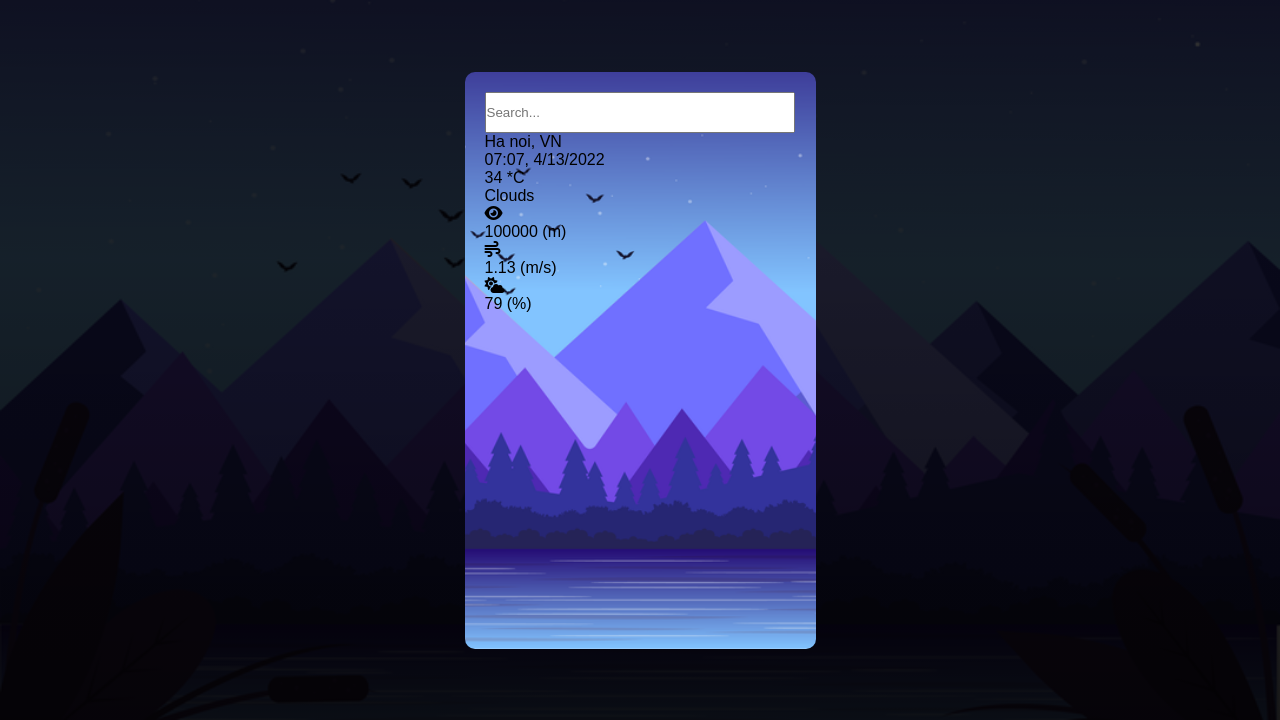
Repository: nganha241/weather-app
Page: index.html
The author's editor kept a copy of each file at every save. The page is drawn from the files as they stood at one save, then again after the next save.
The browser window is 1280 px wide. The pictures show the whole page.
Some web libraries are served in a nearby version.

Above is the page before, as saved 2022-04-13 08:54:52.

### index.html
<!DOCTYPE html>
<html lang="en">
  <head>
    <meta charset="UTF-8" />
    <meta http-equiv="X-UA-Compatible" content="IE=edge" />
    <meta name="viewport" content="width=device-width, initial-scale=1.0" />
    <title>Document</title>
    <link rel="stylesheet" href="./style.css" />
  </head>
  <body>
    <div id="weather">
      <div class="header">
        <input type="text" placeholder="Search..." />
      </div>
      <div class="content">
        <div class="city">Ha noi, <span class="country">VN</span></div>
        <div class="time">07:07, <span class="date">4/13/2022</span></div>

        <div class="deg">34 *C</div>
        <div class="status">Clouds</div>
      </div>
      <div class="footer">
        <div class="detail">
          <div class="distance">
            <div><i class="fa-solid fa-eye"></i></div>
            <div>100000 <span>(m)</span></div>
          </div>
          <div class="speed">
            <div><i class="fa-solid fa-wind"></i></div>
            <div>1.13 <span>(m/s)</span></div>
          </div>
          <div class="humidity">
            <div><i class="fa-solid fa-cloud-sun"></i></div>
            <div>79 <span>(%)</span></div>
          </div>
        </div>
      </div>
    </div>
    <script
      src="https://kit.fontawesome.com/ae971d7ee0.js"
      crossorigin="anonymous"
    ></script>
    <script src="./main.js"></script>
  </body>
</html>

### style.css
* {
    padding: 0;
    margin: 0;
    box-sizing: border-box;
}

body {
    font-family: sans-serif;
    height: 100vh;
    display: flex;
    justify-content: center;
    align-items: center;
    background: linear-gradient(to top, rgba(0, 0, 0, 0.9), rgba(0, 0, 0, 0.8)), url(./img1.png) no-repeat center/cover;
}

#weather {
    padding: 20px;
    width: 351px;
    height: 577px;
    border: none;
    border-radius: 10px;
    background: url(./img1.png) no-repeat center/cover;
}

.header input{
    width: 310px;
    height: 41px;
}

Loaded but not shown: main.js (no copy from this time; the picture is the same without it)

After the next save:
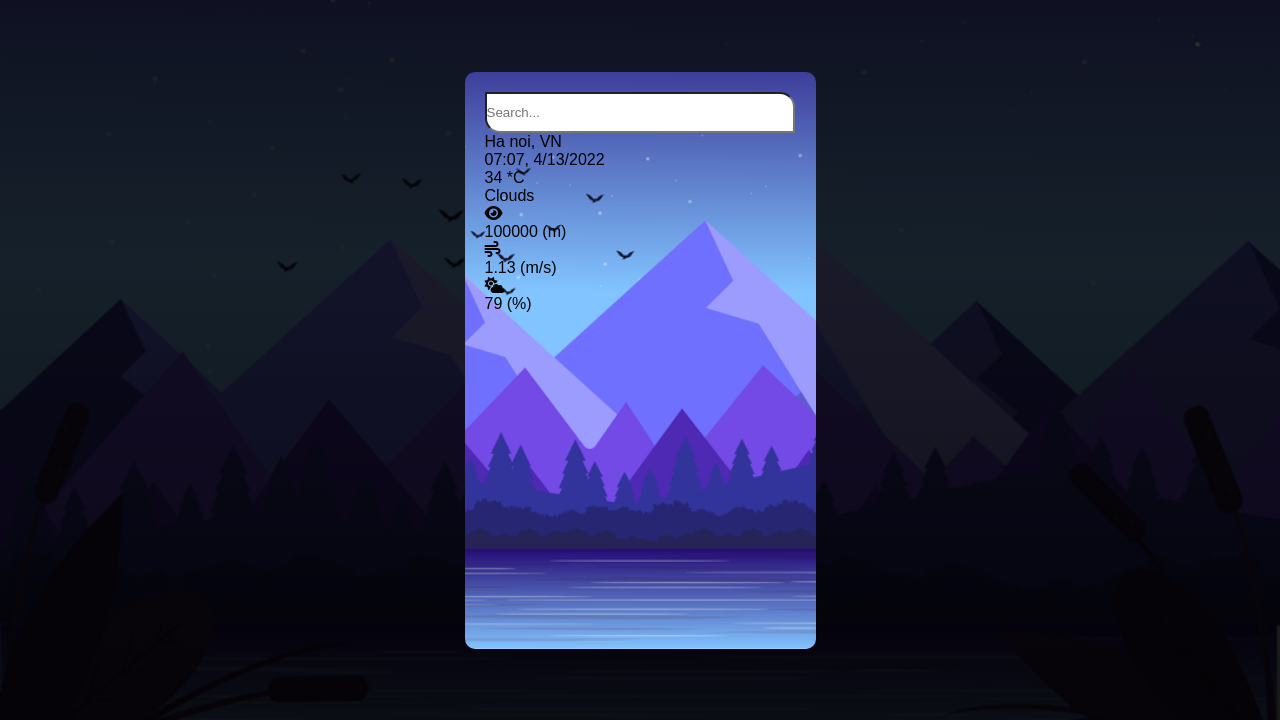
Saved 52 s later.
--- a/style.css
+++ b/style.css
@@ -25,4 +25,6 @@ body {
 .header input{
     width: 310px;
     height: 41px;
+    border-top-right-radius: 15px;
+    border-bottom-left-radius: 15px;
 }
